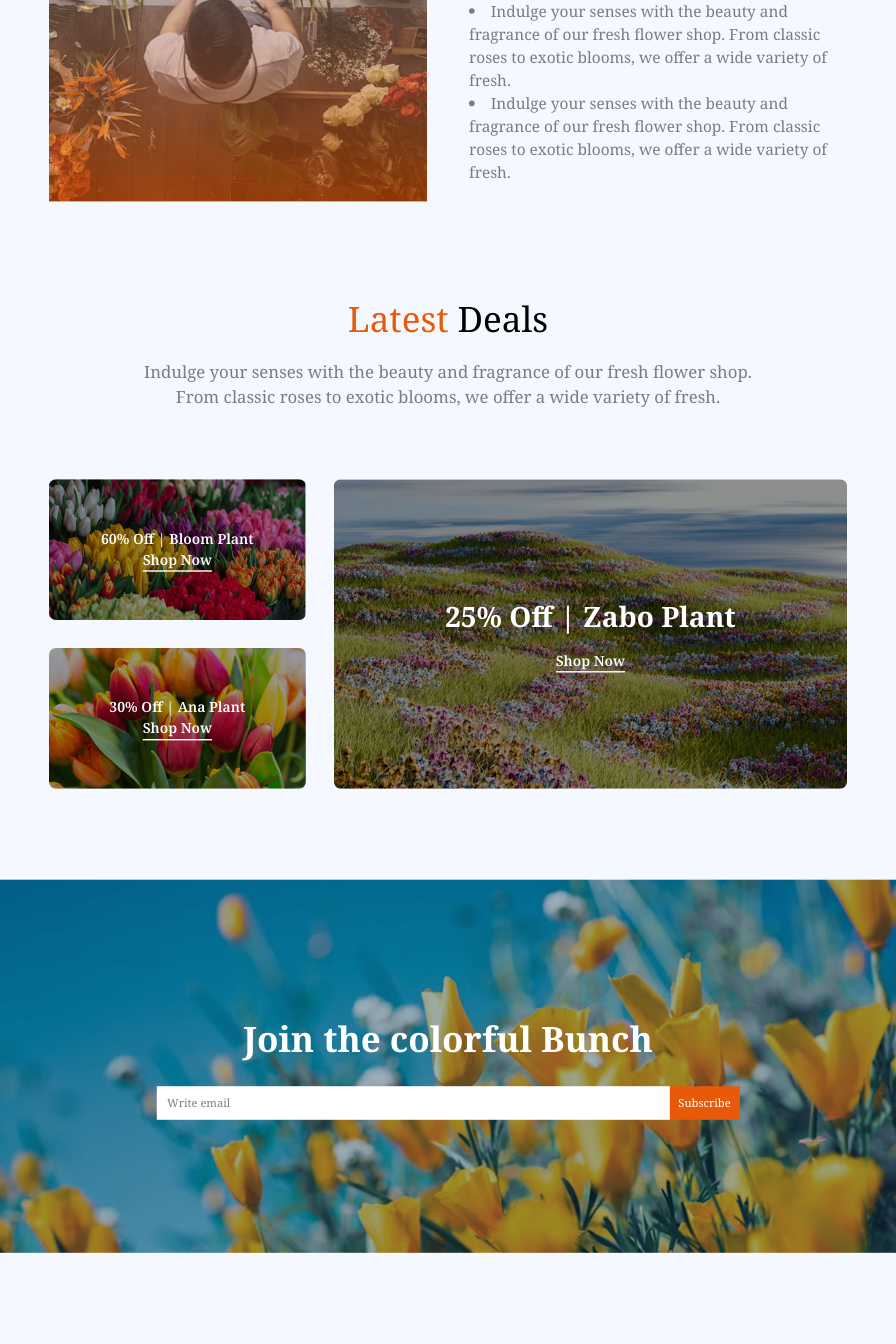
Repository: nahid-hasann/website-7
Page: index.html
These files come from the project's save history. The page is drawn as it stood at one moment and after a run of saves; the edit follows.
The browser window is 1280 px wide. The pictures show the part of the page from y = 2514 to 4434 px (the page is 4434 px tall before and 4304 px after), at 70% of full size.
Some web libraries are served in a nearby version.

Above is the page before, as saved 2025-07-24 21:25:43.

### index.html
<!DOCTYPE html>
<html lang="en">
<head>
    <meta charset="UTF-8">
    <meta name="viewport" content="width=device-width, initial-scale=1.0">
    <title> website-7 </title>
    <link rel="stylesheet" href="style.css">
     <script src="https://cdn.jsdelivr.net/npm/@tailwindcss/browser@4"></script>
    <link rel="stylesheet" href="https://cdnjs.cloudflare.com/ajax/libs/font-awesome/7.0.0/css/all.min.css" integrity="sha512-DxV+EoADOkOygM4IR9yXP8Sb2qwgidEmeqAEmDKIOfPRQZOWbXCzLC6vjbZyy0vPisbH2SyW27+ddLVCN+OMzQ==" crossorigin="anonymous" referrerpolicy="no-referrer" />
   <link rel="preconnect" href="https://fonts.googleapis.com">
<link rel="preconnect" href="https://fonts.gstatic.com" crossorigin>
<link href="https://fonts.googleapis.com/css2?family=Noto+Serif:ital,wght@0,100..900;1,100..900&display=swap" rel="stylesheet">
</head>
<body class="noto-serif-nahid">


    <header>
        <nav>
            <div class="nav-logo">
                <img src="assets/logo.png" alt="">
            </div>
            <div class="nav-menu">
                <ul>
                    <li class="ul-li" style="color: black; font-weight: bold;">Home</li>
                    <li class="ul-li" >Shop</li>
                    <li class="ul-li" >About us</li>
                    <li class="last-li" style="color: black;"><i class="fa-solid fa-cart-shopping"></i>Cart ($56)</li>
                </ul>
            </div>
        </nav>
    </header>

    <main>

        <section class="banner">
            <div class="banner-section">
                <div class="banner-description">
                    <h1>ALWAYS <span style="color: #e85a0a;">FRESH <br> FLOWERS</span></h1>
                    <p>Indulge your senses with the beauty and fragrance of our fresh flower shop. From classic roses to exotic blooms, we offer a wide variety of fresh flowers that are perfect for any occasion.  </p>
                </div>
                <div class="banner-img">
                    <img src="assets/hero-flower.png" alt="">
                </div>
            </div>
        </section>

        <section class="plants-section">
             <h1> <span style="color: #e85a0a;">Our</span> Plants</h1>
             <p>Indulge your senses with the beauty and fragrance of our fresh flower shop. From classic roses to exotic blooms, we offer a wide variety of fresh.</p>
             <div class="plants-card">
                <div class="card">
                    <img src="assets/sample-flower-image.png" alt="">
                    <h4>Lily Blossom</h4>
                    <h2>20 USD</h2>
                    <button class="btn">ADD TO CART</button>
                </div>
                 <div class="card">
                    <img src="assets/sample-flower-image.png" alt="">
                    <h4>Lily Blossom</h4>
                    <h2>20 USD</h2>
                    <button class="btn">ADD TO CART</button>
                </div>
                 <div class="card">
                    <img src="assets/sample-flower-image.png" alt="">
                    <h4>Lily Blossom</h4>
                    <h2>20 USD</h2>
                    <button class="btn">ADD TO CART</button>
                </div>
                 <div class="card">
                    <img src="assets/sample-flower-image.png" alt="">
                    <h4>Lily Blossom</h4>
                    <h2>20 USD</h2>
                    <button class="btn">ADD TO CART</button>
                </div>
                 <div class="card">
                    <img src="assets/sample-flower-image.png" alt="">
                    <h4>Lily Blossom</h4>
                    <h2>20 USD</h2>
                    <button class="btn">ADD TO CART</button>
                </div>
                 <div class="card">
                    <img src="assets/sample-flower-image.png" alt="">
                    <h4>Lily Blossom</h4>
                    <h2>20 USD</h2>
                    <button class="btn">ADD TO CART</button>
                </div>
                 <div class="card">
                    <img src="assets/sample-flower-image.png" alt="">
                    <h4>Lily Blossom</h4>
                    <h2>20 USD</h2>
                    <button class="btn">ADD TO CART</button>
                </div>
                 <div class="card">
                    <img src="assets/sample-flower-image.png" alt="">
                    <h4>Lily Blossom</h4>
                    <h2>20 USD</h2>
                    <button class="btn">ADD TO CART</button>
                </div>
             </div>
        </section>

        <section class="plants-lover-section">
            <div class="plants-lover-div">
                <div class="plants-lover-img">
                <img src="assets/flower-store.png" alt="">
                <div class="badge">
                    <img class="badge-img" src="assets/trusted-badge.png" alt="">
                </div>
            </div>
            <div class="plants-lover-content">
                <h1>Flower & Plants Lover</h1>
                <or>
                    <li>Indulge your senses with the beauty and fragrance of our fresh flower shop. From classic roses to exotic blooms, we offer a wide variety of fresh.</li>
                    <li>Indulge your senses with the beauty and fragrance of our fresh flower shop. From classic roses to exotic blooms, we offer a wide variety of fresh.</li>
                    <li>Indulge your senses with the beauty and fragrance of our fresh flower shop. From classic roses to exotic blooms, we offer a wide variety of fresh.</li>
                </or>
            </div>
            </div>
        </section>

        <section class="offer-main-section">

            <h1 class="text-[50px]"><span style="color: #e85a0a;">Latest</span>  Deals</h1>
            <p>Indulge your senses with the beauty and fragrance of our fresh flower shop. <br> From classic roses to exotic blooms, we offer a wide variety of fresh.</p>

           <div class="offer-section">
            <div class="card card-1">
                 <h3>60% Off | Bloom Plant</h3>
                 <a href="#">Shop Now</a>
            </div>
            <div class="card big-card">
                <h2>25% Off | Zabo Plant</h2>
                <a href="#">Shop Now</a>
            </div>
            <div class="card card-2">
                 <h3>30% Off | Ana Plant</h3>
                 <a href="#">Shop Now</a>
            </div>

           </div>

  </section>

  <section class="subscribe-section">

    <h1>Join the colorful Bunch</h1>

    <div class="subscibe">
        <input type="text" name="" placeholder="Write email" id="">
        <button class="btn-2">Subscribe</button>
    </div>
  </section>


    </main>




</body>
</html>

### style.css


*{
    margin: 0;
    padding: 0;
    box-sizing: border-box;
}


.noto-serif-nahid {
  font-family: "Noto Serif", serif;
  font-optical-sizing: auto;
  font-style: normal;
  font-variation-settings:
    "wdth" 100;
}

body{
    background-color: #f5f8ff;
}



/* header suru  */

header{
   margin: 20px auto;
   max-width: 1140px;
}

nav{
    display: flex;
    justify-content: space-between;
    align-items: center;
}

.nav-logo img{
    width: 100%;
}

.nav-menu ul{
     display: flex;
     gap: 30px;
     align-items: center;
     justify-content: center;
     margin: auto 0;
}

.nav-menu ul li{
    color: rgba(137, 135, 161, 1);
    font-weight: 400;
}


/* header sesh  */

/* banner-section  */

.banner{
    margin: 230px auto 130px auto;
    max-width: 1140px;

}

.banner-section{
     display: flex;
     align-items: end;
     justify-content: center;
}

.banner-description h1{
    font-size: 65px;
    font-weight: 800;

}

.banner-description p{
    font-size: 22px;
    color: #7b7c80;
}

.banner-img img{
    max-width: 570px;
}

/* banner-section  */

/* plants-section suru */

.plants-section{
    width: 1140px;
    margin: 130px auto;
}

.plants-section h1{
    text-align: center;
    font-size: 50px;
    margin-bottom: 14px;
    font-weight: 700;
}

.plants-card{
    display: grid;
    grid-template-columns: 1fr 1fr 1fr 1fr;
    gap: 30px;
    row-gap: 60px;
    margin-top: 60px;
}

.plants-section p{
    font-size: 22px;
    color: #7b7c80;
    text-align: center;
}

.card {
    display: flex;
    flex-direction: column;
    align-items: center;
    justify-content: center;
}

.card h4{
    font-size: 22px;
    font-weight: 300;
    margin-top: 18px;
}

.card h2{
    font-size: 22px;
    font-weight: 700;
    margin-bottom: 18px;
}

.btn{
    background-color: #e85a0a;
    width: 100%;
    padding: 13px 0;
    color: white;
}

/* plants-section sesh  */

/* plants-lover-section suru  */

.plants-lover-section{
    width: 1140px;
    margin: 180px auto 130px auto;
}



.plants-lover-div{
     display: grid;
     grid-template-columns: 1fr 1fr;
    align-items: center;
    justify-content: center;
    gap: 60px;
}

.plants-lover-img{
    position: relative;
}

.badge-img{
    position: absolute;
    top: -80px;
    right: -80px;
    width: 200px;
    z-index: 999;
     animation-name: zoominout;
    animation-timing-function: ease-in-out;
    animation-iteration-count: infinite;
    animation-duration: 4s;
}

@keyframes zoominout{
    0%, 100%{
        transform: scale(1);
    }

    50%{
        transform: scale(1.1);
    }
}



.plants-lover-content h1{
     font-size: 50px;
     font-weight: 700;
}

.plants-lover-content or li{
    font-size: 22px;
    color: #7b7c80;
}

/* plants-lover-section sesh  */


/* offer-section start  */

.offer-main-section{
    width: 1140px;
    margin: 130px auto;
}

.offer-main-section h1{
    text-align: center;
    margin-bottom: 20px;
}

.offer-main-section p{
    color: #7b7c80;
    text-align: center;
    margin-bottom: 100px;
    font-size: 24px;
}

.offer-section{
    display: grid;
    grid-template-columns: 1fr 2fr;
    margin: auto;
    width: 1140px;
    gap: 40px;
    grid-auto-rows: 201px;
    margin-top: 50px;
}

.card{
    border-radius: 10px;
}

.card h3{
    font-size: 20px;
    font-weight: 600;
    color: white;
}

.card a{
    border-bottom: 2px solid white;
    color: white;
    font-size: 20px;
    font-weight: 600;
}

.big-card h2{
    font-size: 40px;
    color: white;
}

.card-1{
    background: linear-gradient(rgba(0, 0, 0, 0.4), rgba(0, 0, 0, 0.4)), url('assets/deal-bloom.png') ;
    height: 201px;
    grid-column: 1;
    grid-row: 1;
     background-repeat: no-repeat;
    background-position: center;
    background-size: cover;
}

.big-card{
    background: linear-gradient(rgba(0, 0, 0, 0.4), rgba(0, 0, 0, 0.4)),   url('assets/deal-zabo.png');
    grid-column: 2;
    grid-row: span 2;
    background-repeat: no-repeat;
    background-position: center;
    background-size: cover;
}

.card-2{
        background: linear-gradient(rgba(0, 0, 0, 0.4), rgba(0, 0, 0, 0.4)),   url('assets/deal-ana.png');
        height: 201px;
        grid-column: 1;
    grid-row: 2;
     background-repeat: no-repeat;
    background-position: center;
    background-size: cover;
}

/* offer-section end  */

/* subscribe-section start  */

.subscribe-section{
    margin: 130px 0;
    background: url('assets/news-letter-bg.png') ;
    height: 533px;
    display: flex;
    flex-direction: column;
    align-items: center;
    justify-content: center;
}

.subscribe-section h1{
    font-size: 50px;
    text-align: center;
    margin-bottom: 30px;
    color: white;
    font-weight: 700;
}

.subscibe{
    display: flex;
}

.subscibe input{
    background-color: white;
    width: 733px;
    padding: 12px 50px 12px 15px;

}

.btn-2{
    background-color: #e85a0a;
    padding: 12px ;
    color: white;
    width: 100px;
}

/* subscribe-section end  */








/* media screen  */

@media screen and (max-width:575px) {
    header{
        width: 100%;
    }

nav{
    margin:0 30px;

}

.nav-logo img{
    width: 63px;
}
    .ul-li{
        display: none;
    }

    .banner{
        max-width: 575px;
        margin-top: 70px ;
        margin-bottom: 70px;
    }

    .banner-section{
        flex-direction: column-reverse;

    }

    .banner-description{
        margin-left: 30px;
    }

    .banner-description h1{
    font-size: 24px;
}

.banner-description p{
    font-size: 14px;
}

.banner-img img{
    max-width: 400px;
    margin-bottom: 80px;
}

.plants-section{
    width: 100% ;
    padding: 0 20px ;
    margin: 70px 0;

}

.plants-card{
    display: grid;
    grid-template-columns: 1fr 1fr;
    gap: 20px;
    row-gap: 40px;
}

.plants-section h1{
    font-size: 24px;
}
.plants-section p{
    font-size: 14px;
}

.card h4{
    font-size: 15px;
}

.card h2{
    font-size: 15px;
}

.btn{
    font-size: 15px;
}

.plants-lover-section{
    width: 100%;
    margin: 70px 0;
    padding: 0 20px;
}

.plants-lover-div{
    grid-template-columns: 1fr;
}

.badge-img{
    display: none;
}


.plants-lover-content h1{
    font-size: 24px;
    margin-top: -30px;
}

.plants-lover-content or li{
    font-size: 14px;
}

.plants-lover-content or li:nth-child(2){
    margin-top: 15px;
    margin-bottom: 15px;
}

.plants-lover-content or li:first-child{
    margin-top: 15px;
}

.offer-main-section{
    width: 100%;
    padding: 0 20px;
    margin-top: 70px ;
    margin-bottom: 70px;
}

.offer-main-section h1{
    font-size: 24px;
}

.offer-main-section p{
    font-size: 14px;
    margin-top: 15px;
}

.offer-section{
    grid-template-columns: 1fr;
    width: 100%;
    margin: 0px 0 70px 0;
    padding: 0 20px;
}

.card h3 {
    font-size: 15px;
}

.card a{
    font-size: 15px;
}

.big-card h2{
    font-size: 15px;
}

.card-1{
    grid-column: 1;
    grid-row: 1;
}

.card-2{
    grid-column: 1;
    grid-row: 2;
}

.big-card{
    grid-column: 1;
    grid-row: 3;
}


}

After the next 2 saves:
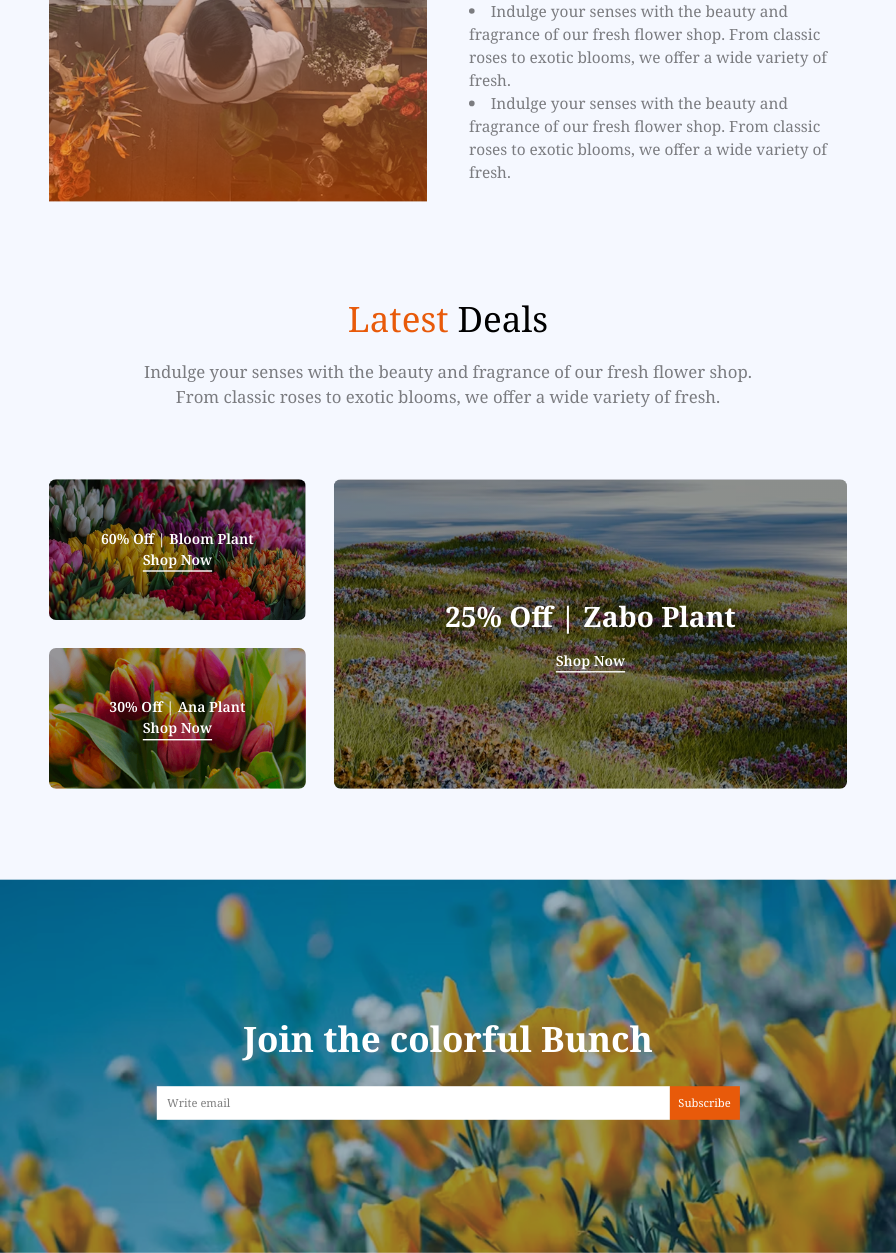
The 2 saves are shown as one change because they came seconds apart.
The last was saved 66 s later.
--- a/style.css
+++ b/style.css
@@ -284,7 +284,7 @@ nav{
 /* subscribe-section start  */
 
 .subscribe-section{
-    margin: 130px 0;
+    margin: 130px 0 0;
     background: url('assets/news-letter-bg.png') ;
     height: 533px;
     display: flex;
